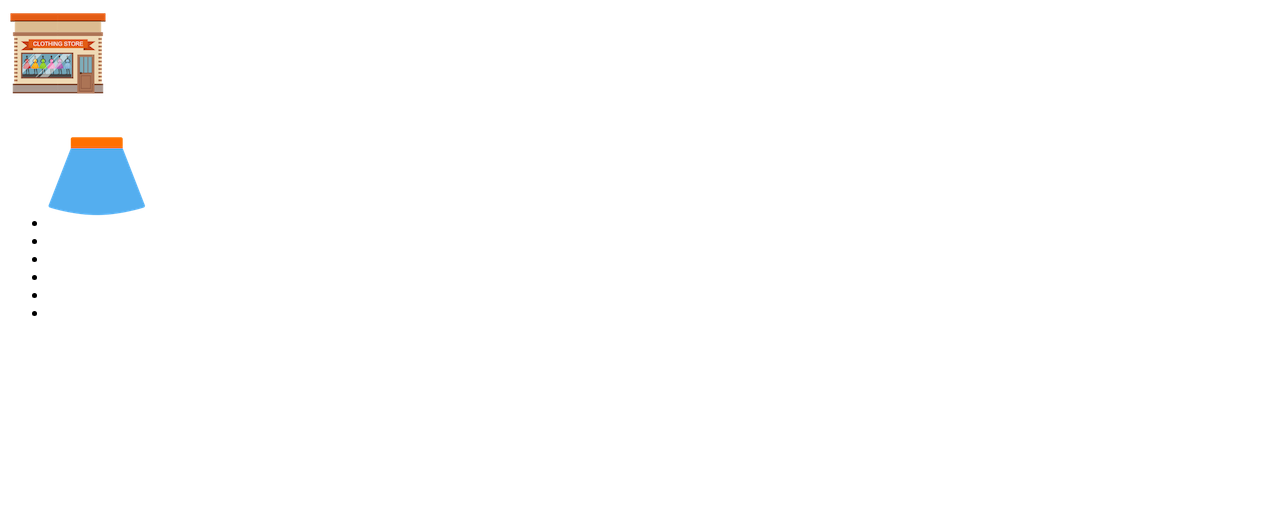
Repository: keehoonjung/Shoppingmall-Game
Page: index.html
An editor plug-in stored every save of this project. The page is shown before and after the next save, followed by the edit.
The browser window is 1280 px wide. The pictures show the whole page.

Above is the page before, as saved 2021-08-12 13:14:17.

### index.html
<!DOCTYPE html>
<html lang="en">
<head>
    <meta charset="UTF-8">
    <meta http-equiv="X-UA-Compatible" content="IE=edge">
    <meta name="viewport" content="width=device-width, initial-scale=1.0">
    <title>Shoppingamll Game</title>
    <link rel="stylesheet" href="style.css">
    <script src="main.js" defer></script>
</head>
<body>
    <header>
        <img src="./imgs/logo.png" alt="header" class="header__logo">
    </header>
    <ul class="filter">
        <li>
            <img src="./imgs/blue_s.png" alt="shirt" class="shirt">
        </li>
        <li></li>
        <li></li>
        <li></li>
        <li></li>
        <li></li>
    </ul>
</body>
</html>

Loaded but not shown: main.js (no copy from this time; the picture is the same without it); style.css (no copy from this time; the picture is the same without it)

After the next save:
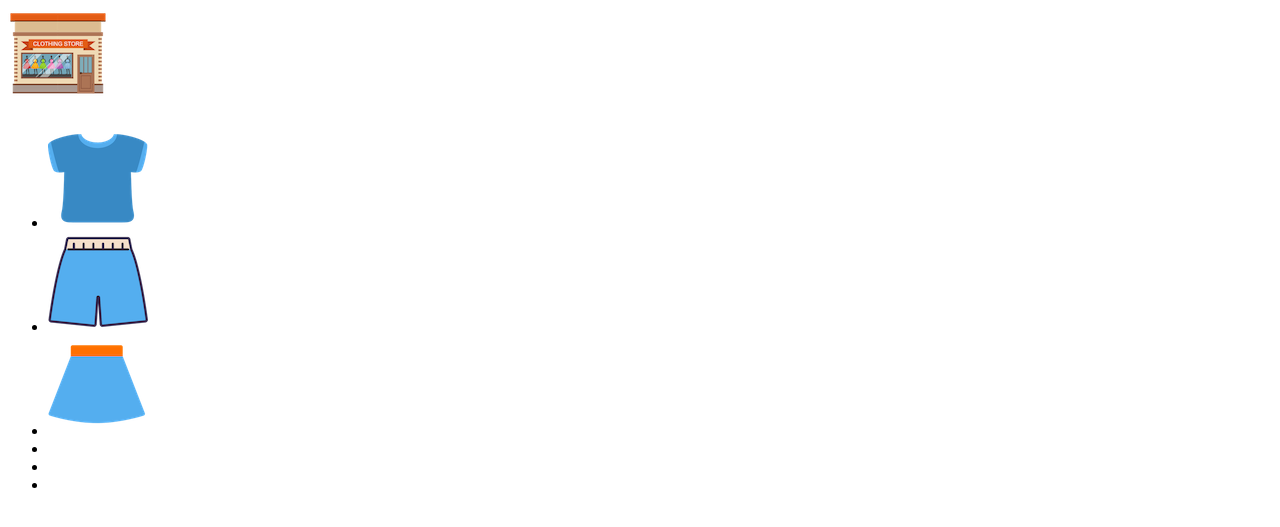
Saved 40 s later.
--- a/index.html
+++ b/index.html
@@ -14,10 +14,14 @@
     </header>
     <ul class="filter">
         <li>
-            <img src="./imgs/blue_s.png" alt="shirt" class="shirt">
+            <img src="./imgs/blue_t.png" alt="shirt" class="shirt">
         </li>
-        <li></li>
-        <li></li>
+        <li>
+            <img src="./imgs/blue_p.png" alt="pants" class="pants">
+        </li>
+        <li>
+            <img src="./imgs/blue_s.png" alt="" class="skirts">
+        </li>
         <li></li>
         <li></li>
         <li></li>
